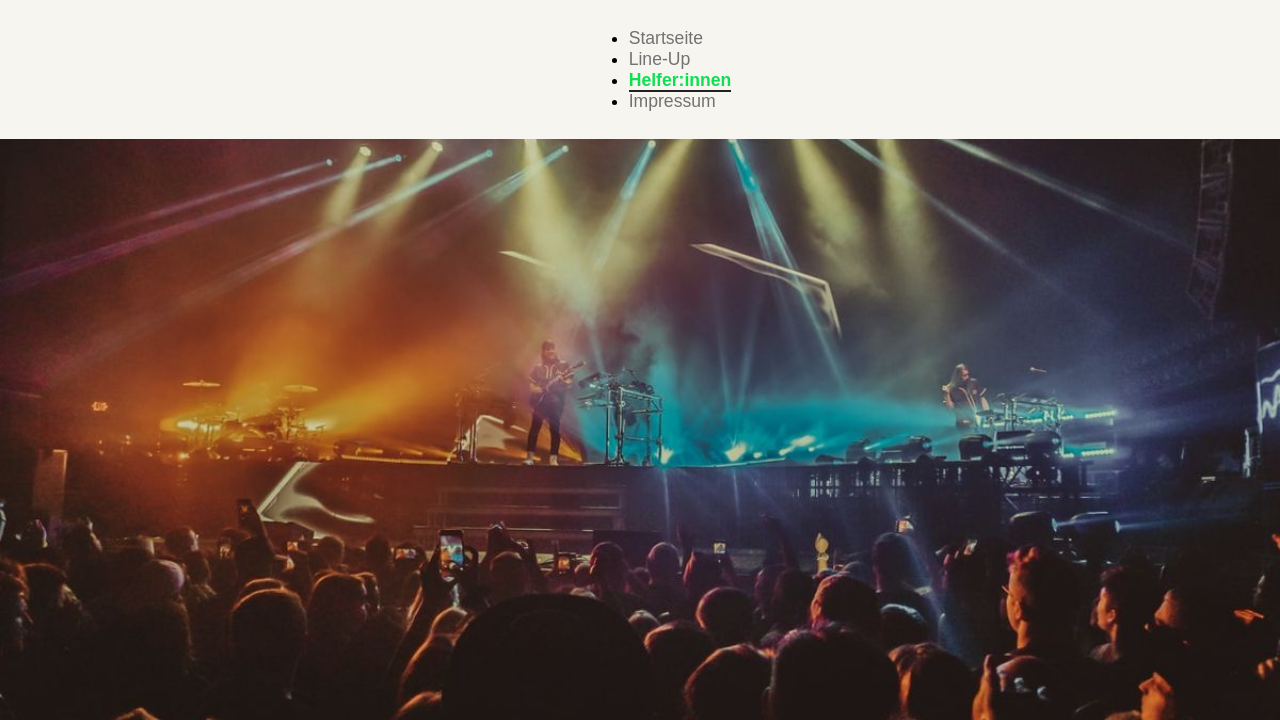
Repository: Hajimohammadi-KI/Web-Technologien
Page: index.html
These files come from the project's save history. The page is drawn as it stood at one moment and after the next save; the edit follows.
The browser window is 1280 px wide. The pictures show the whole page.

Above is the page before, as saved 2025-10-01 13:41:50.

After the next save:
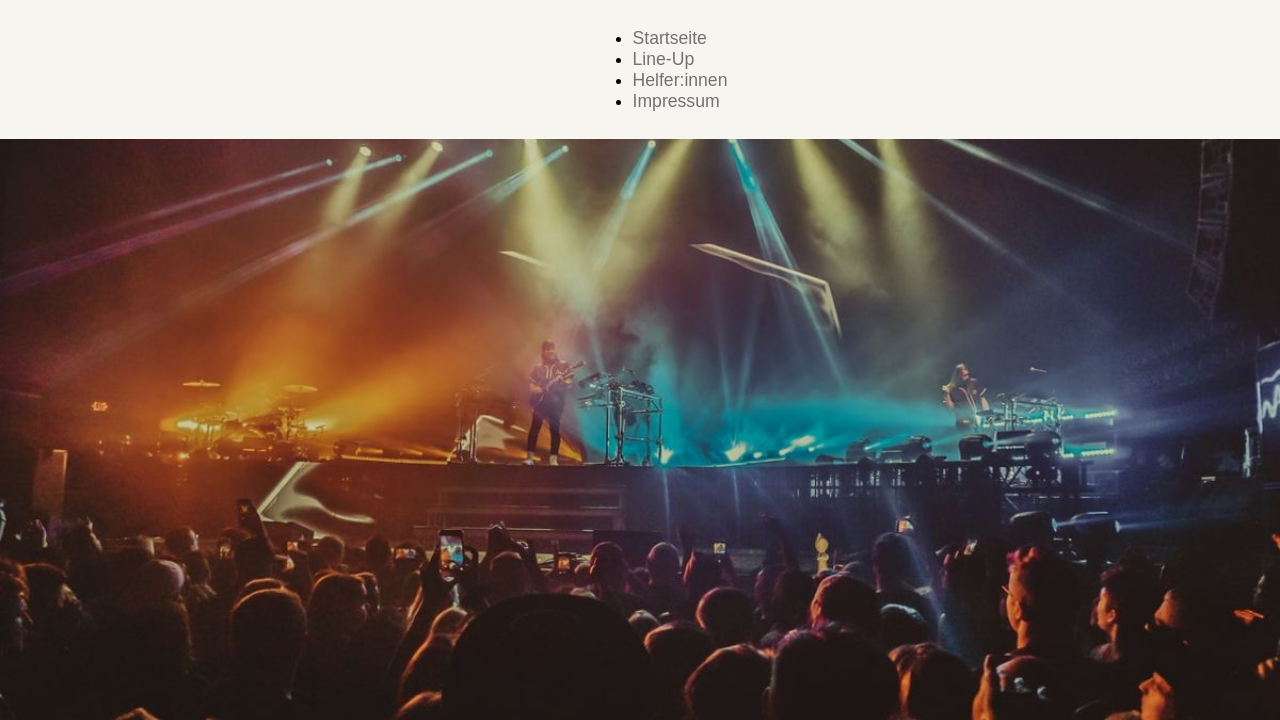
Saved 45 s later.
--- a/index.html
+++ b/index.html
@@ -11,7 +11,7 @@
       <ul>
         <li><a href="index.html">Startseite</a></li>
         <li><a href="lineup.html">Line-Up</a></li>
-        <li><a href="helfer.html" class="active">Helfer:innen</a></li>
+        <li><a href="helfer.html">Helfer:innen</a></li>
         <li><a href="impressum.html">Impressum</a></li>
       </ul>
     </nav>
